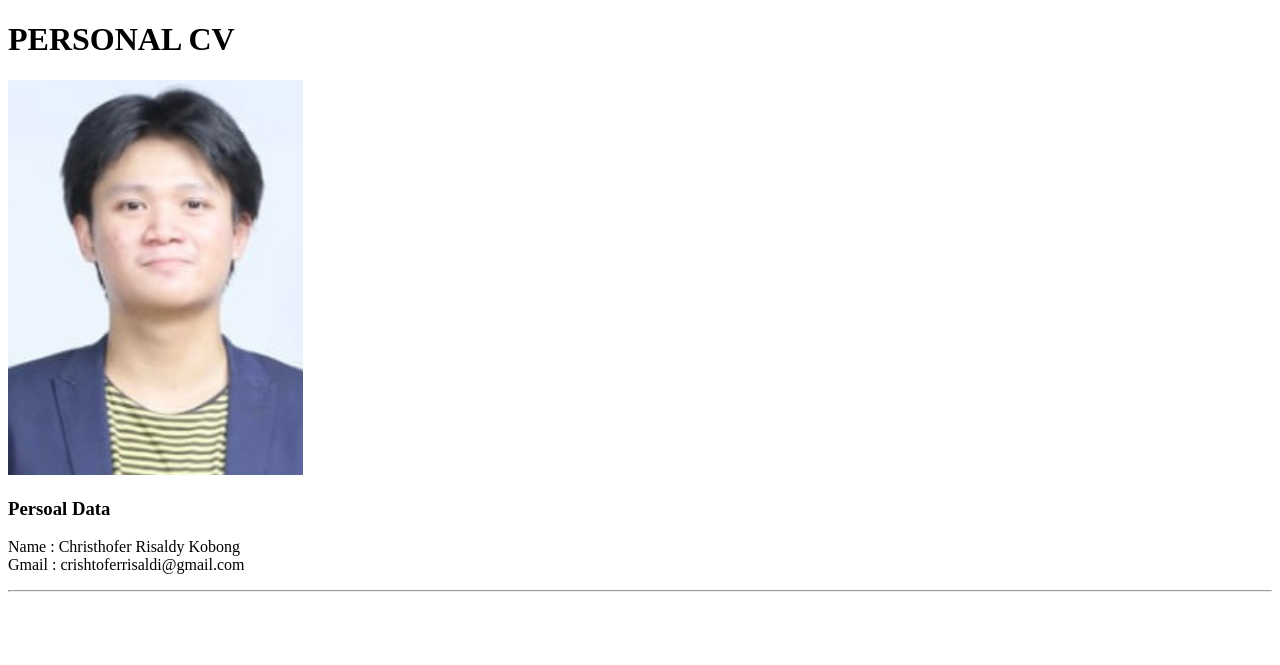
Repository: ChristhoferRisaldy/CVWeb
Page: web.html
These files come from the project's save history. The page is drawn as it stood at one moment and after the next save; the edit follows.
The browser window is 1280 px wide. The pictures show the whole page.

Above is the page before, as saved 2025-02-21 20:59:25.

After the next save:
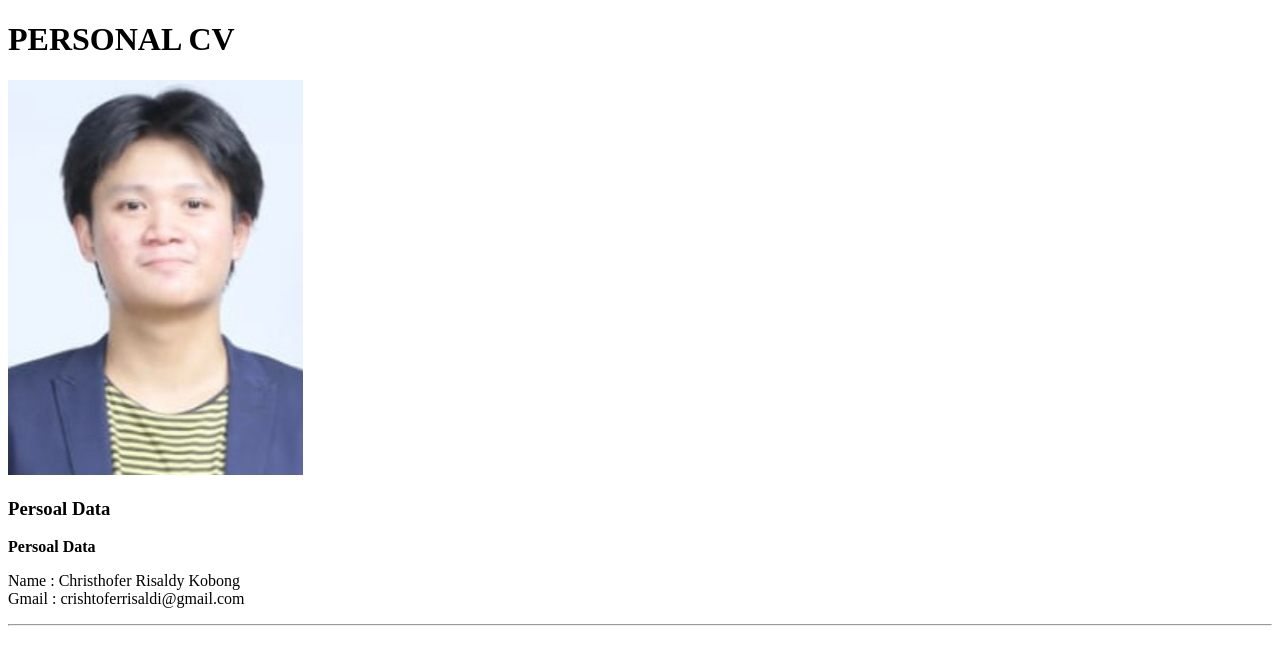
Saved 13 s later.
--- a/web.html
+++ b/web.html
@@ -6,7 +6,7 @@
     <body>
         <h1>PERSONAL CV</h1>
         <img src="1.png">
-        <h3><b>Persoal Data</b><br></h3>
+        <h3><b>Persoal Data</b></h3> <b>Persoal Data</b><br>
         <p>
             Name : Christhofer Risaldy Kobong<br>
             Gmail : crishtoferrisaldi@gmail.com<br>
